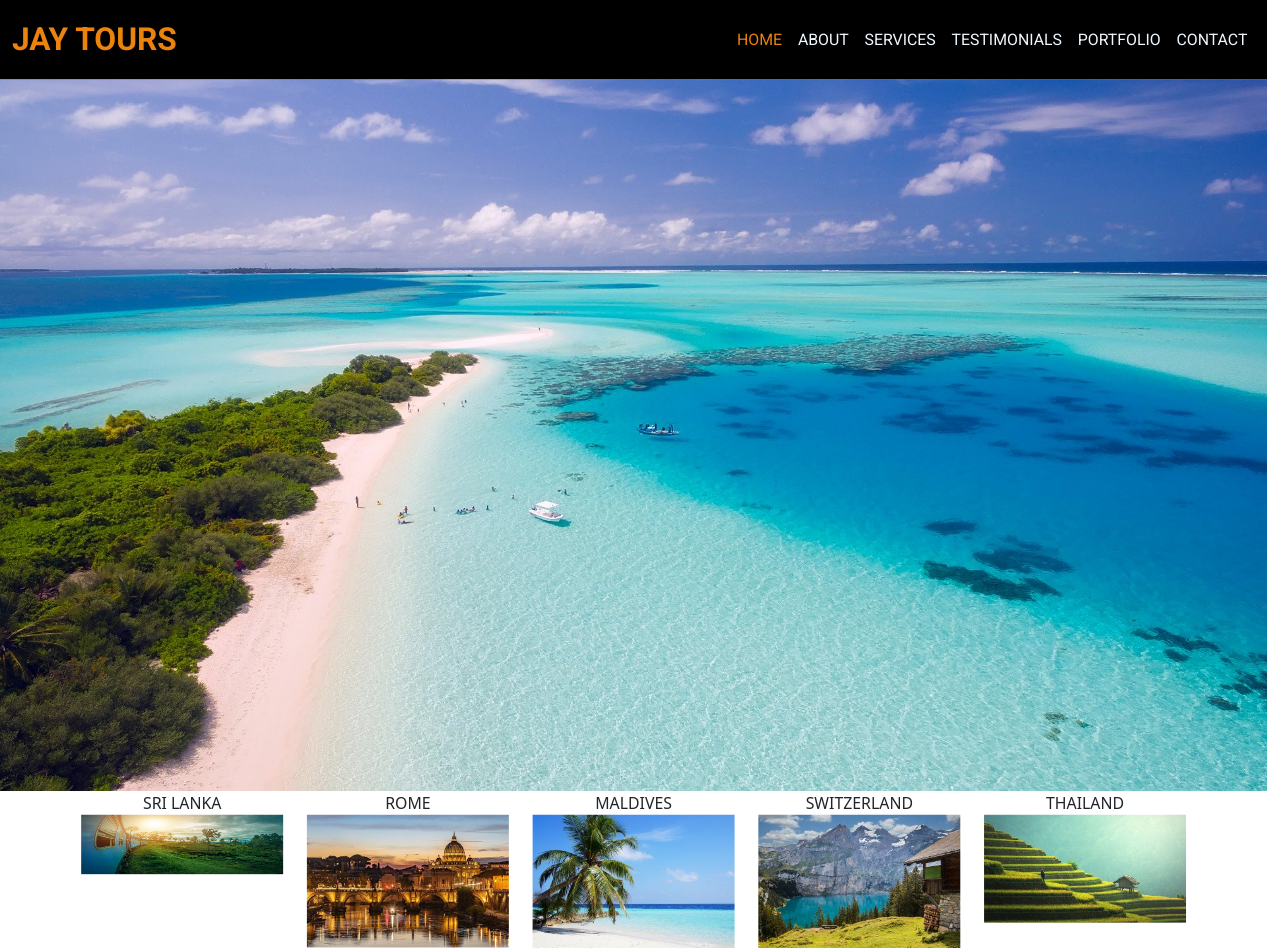
Repository: kasundiudn/Jay-Travel
Page: index.html
These files come from the project's save history. The page is drawn as it stood at one moment and after the next save; the edit follows.
The browser window is 1280 px wide. The pictures show the whole page, at 99% of full size.

Above is the page before, as saved 2025-06-26 10:21:10.

After the next save:
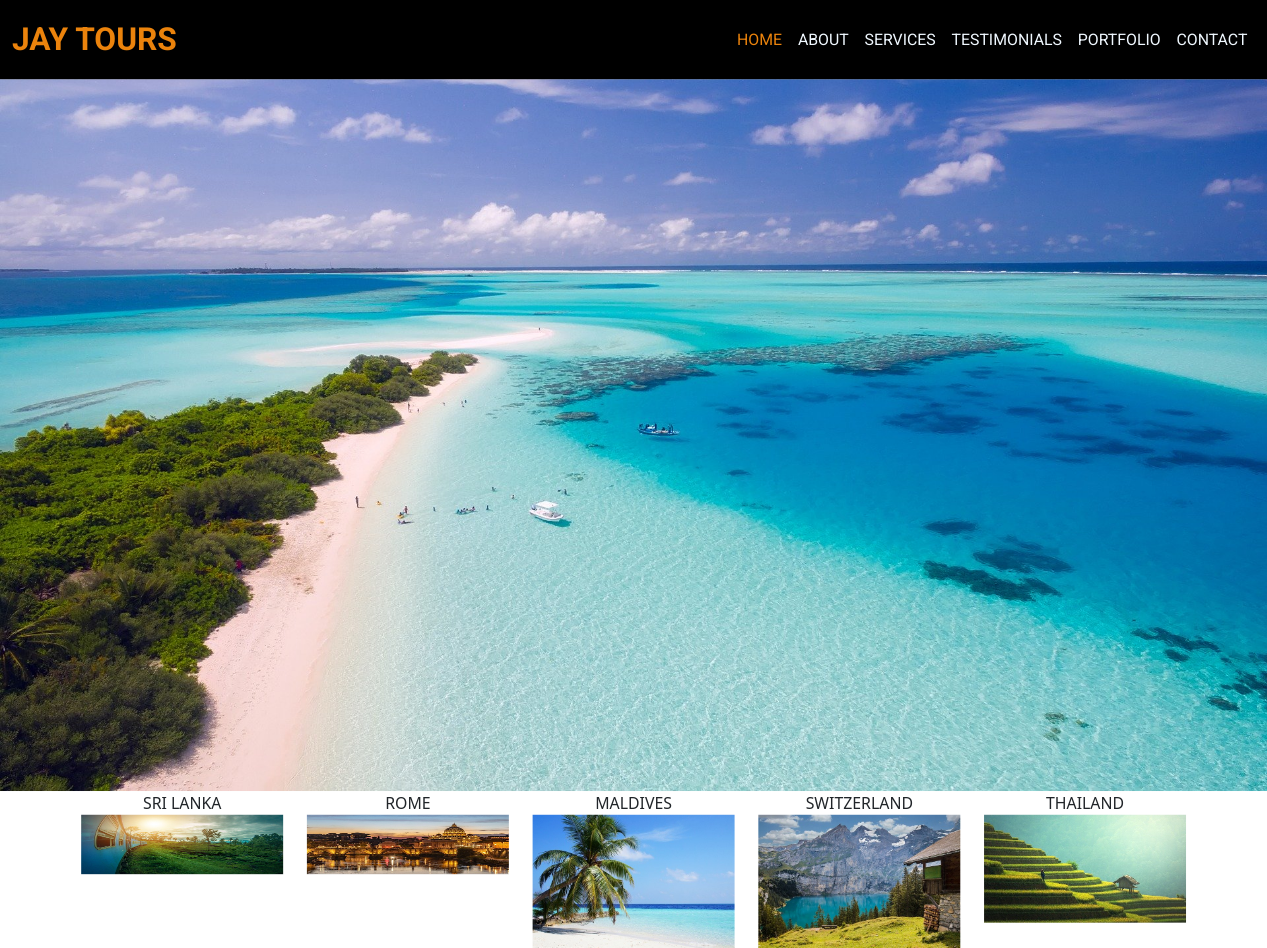
Saved 15 s later.
--- a/index.html
+++ b/index.html
@@ -59,7 +59,7 @@
     </div>
     <div class="col">
       ROME
-      <img src="Rome.jpg" alt="ROME" style="width: 100%; height: auto;">
+      <img src="Rome.jpg" alt="ROME" style="width: 100%; height: 60px;">
     </diV>
     <div class="col">
       MALDIVES
